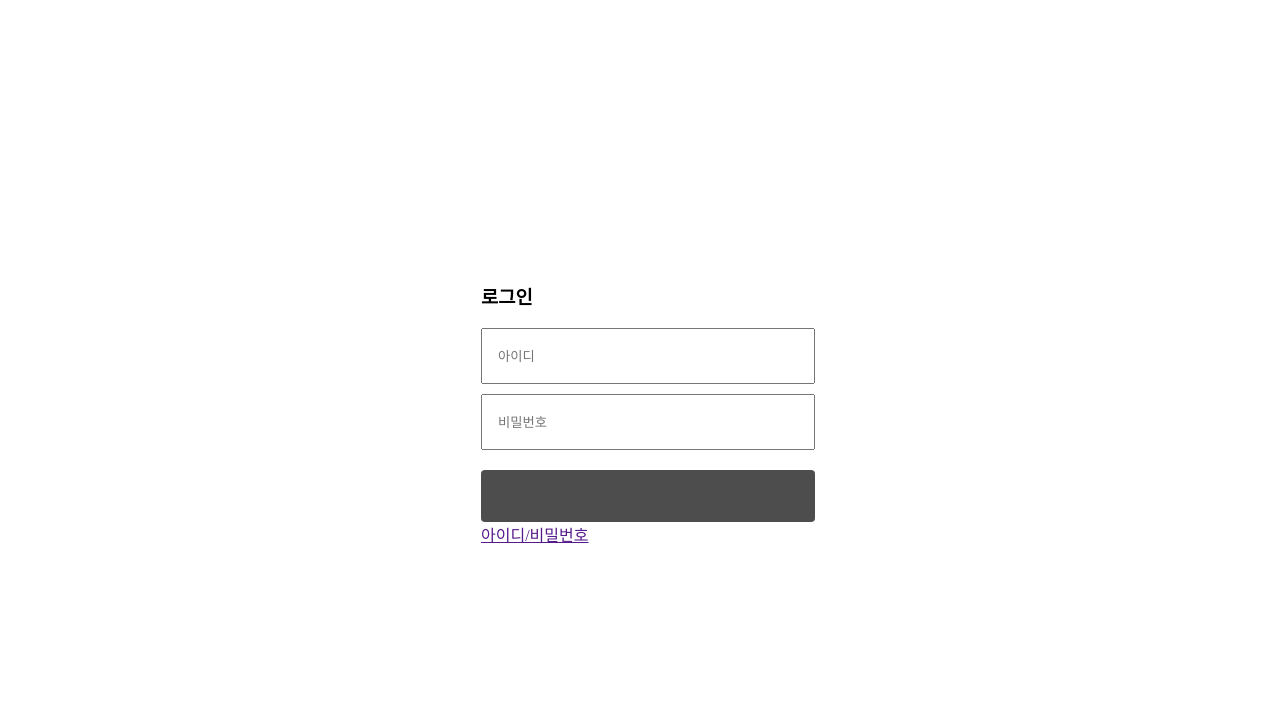
Repository: agheha/trillion
Page: YH/study_project/html/login.html
The author's editor kept a copy of each file at every save. The page is drawn from the files as they stood at one save, then again after the next save.
The browser window is 1280 px wide. The page is 1288 px wide, so the pictures cover 1288 px, including what lies to the right of the window. The pictures show the whole page.

Above is the page before, as saved 2019-09-04 14:13:39.

After the next save:
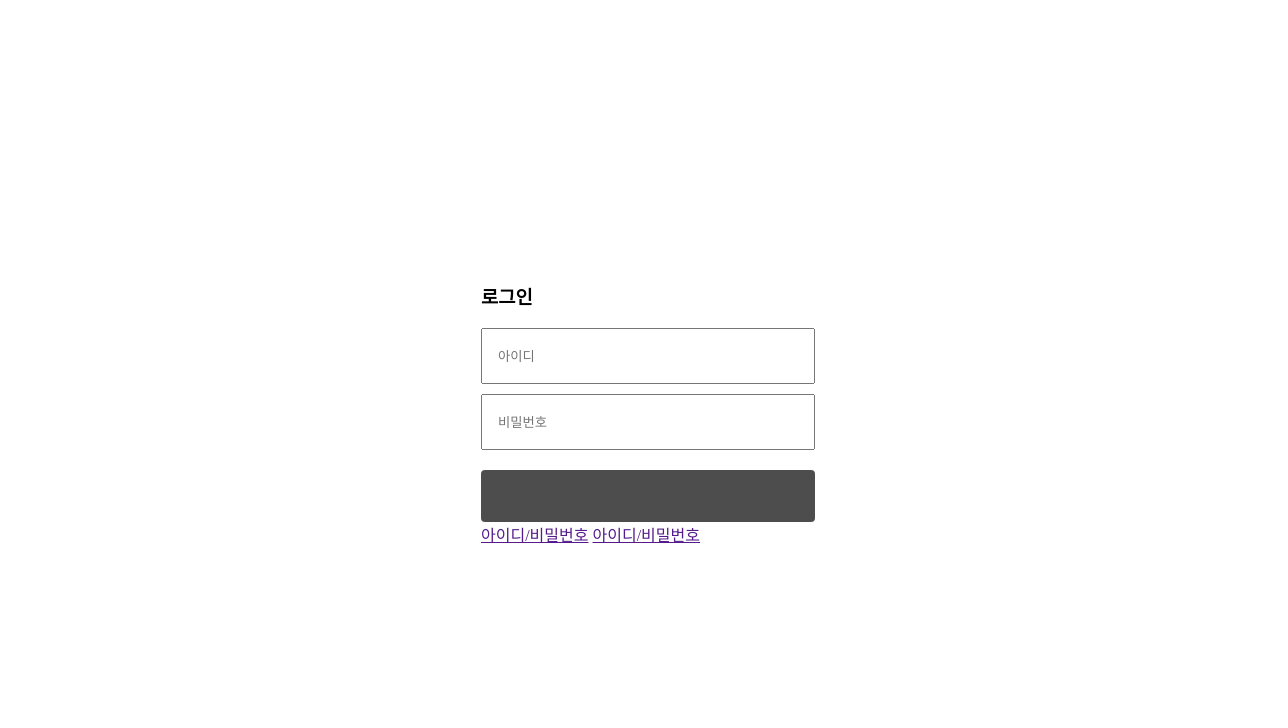
Saved 4 s later.
--- a/YH/study_project/html/login.html
+++ b/YH/study_project/html/login.html
@@ -24,6 +24,8 @@
                     <a class="btn" id="loginBtn" href=""> </a>
                 </div>
                 <span><a href="">아이디/비밀번호</a></span>
+                <span><a href="">아이디/비밀번호</a></span>
+            </form>
             </form>
         </fieldset>
         <div>
